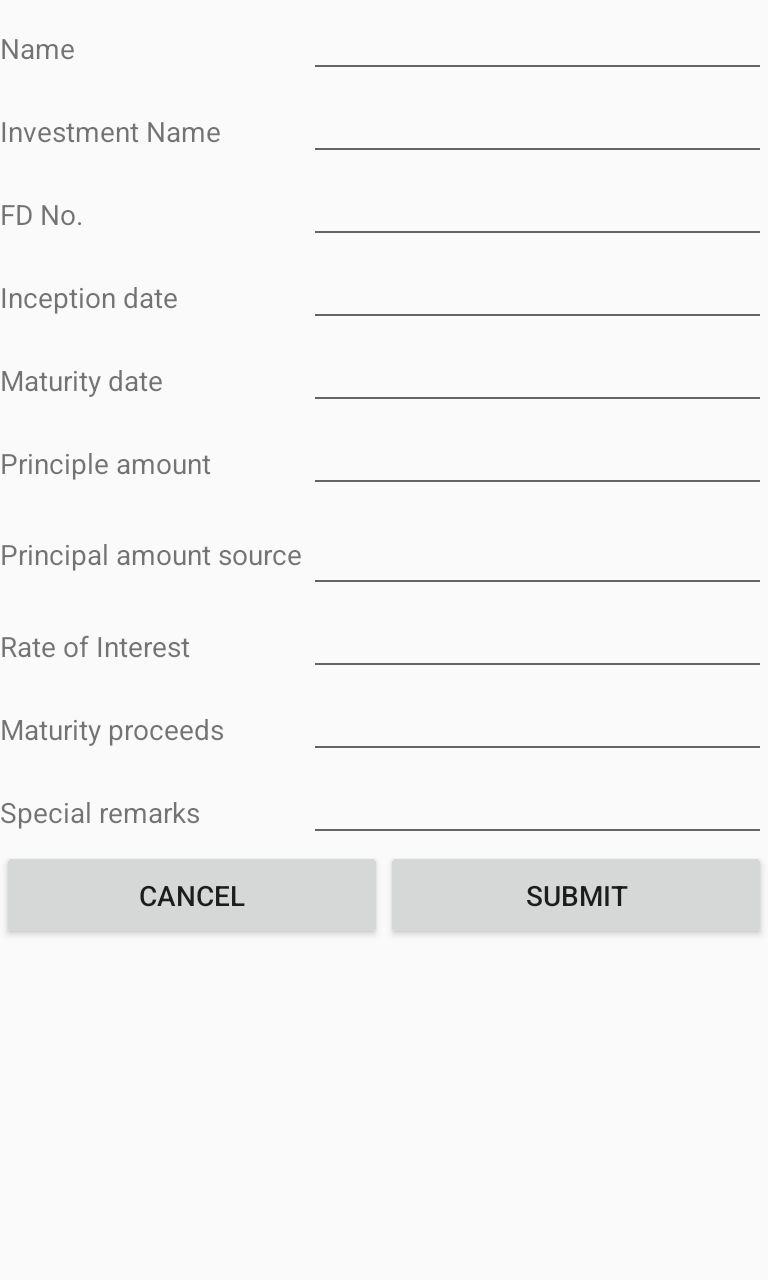
Repository: apoorvelec/AndroidApps
Layout: Investofolio/res/layout/activity_add_investment.xml
An editor plug-in stored every save of this project. The layout is shown before and after the next save, followed by the edit.
It is drawn on a 768 x 1280 px phone screen (xhdpi) without system bars, with theme AppTheme; the app's code is not run.

Above is the layout before, as saved 2017-01-06 06:30:05.

After the next save:
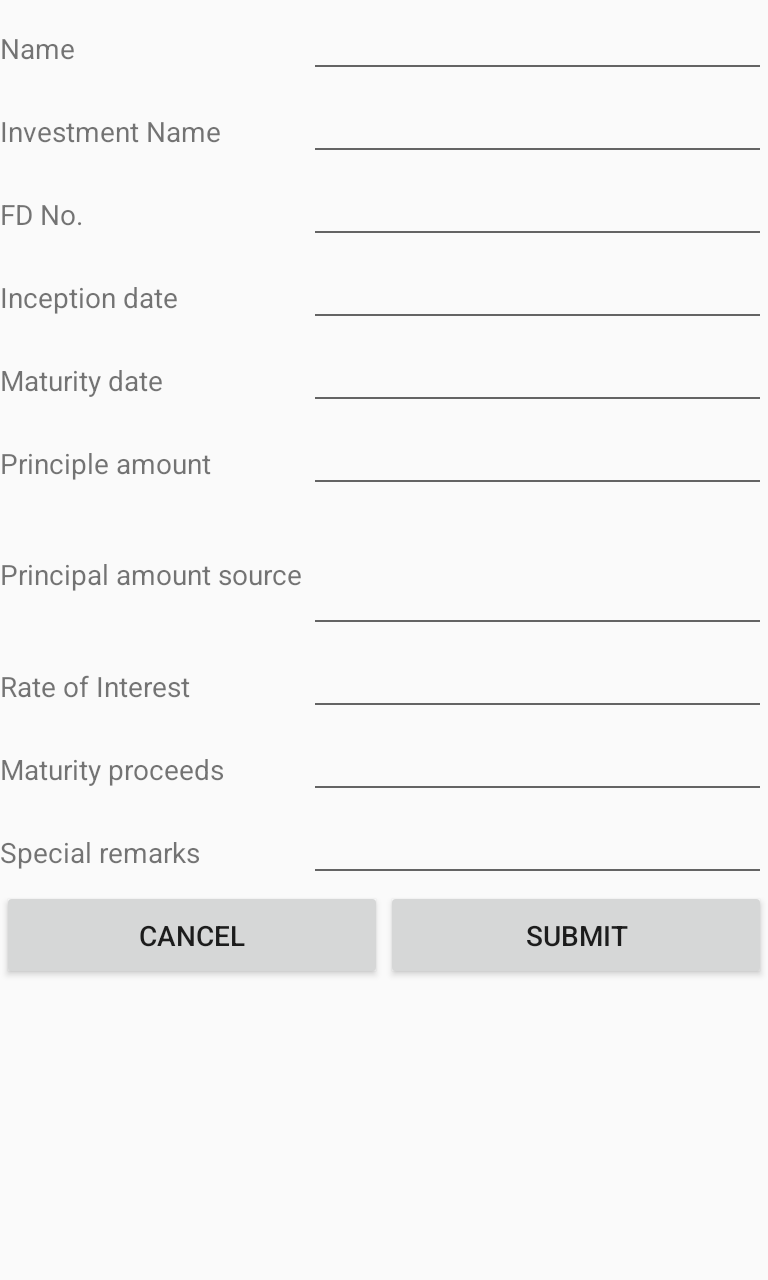
Saved 23 s later.
--- a/Investofolio/res/layout/activity_add_investment.xml
+++ b/Investofolio/res/layout/activity_add_investment.xml
@@ -141,7 +141,7 @@
         <EditText
             android:id="@+id/principal_amount_source"
             android:layout_width="0dp"
-            android:layout_height="50dp"
+            android:layout_height="70dp"
             android:layout_weight="0.6"
             android:ems="10" />
     </LinearLayout>
